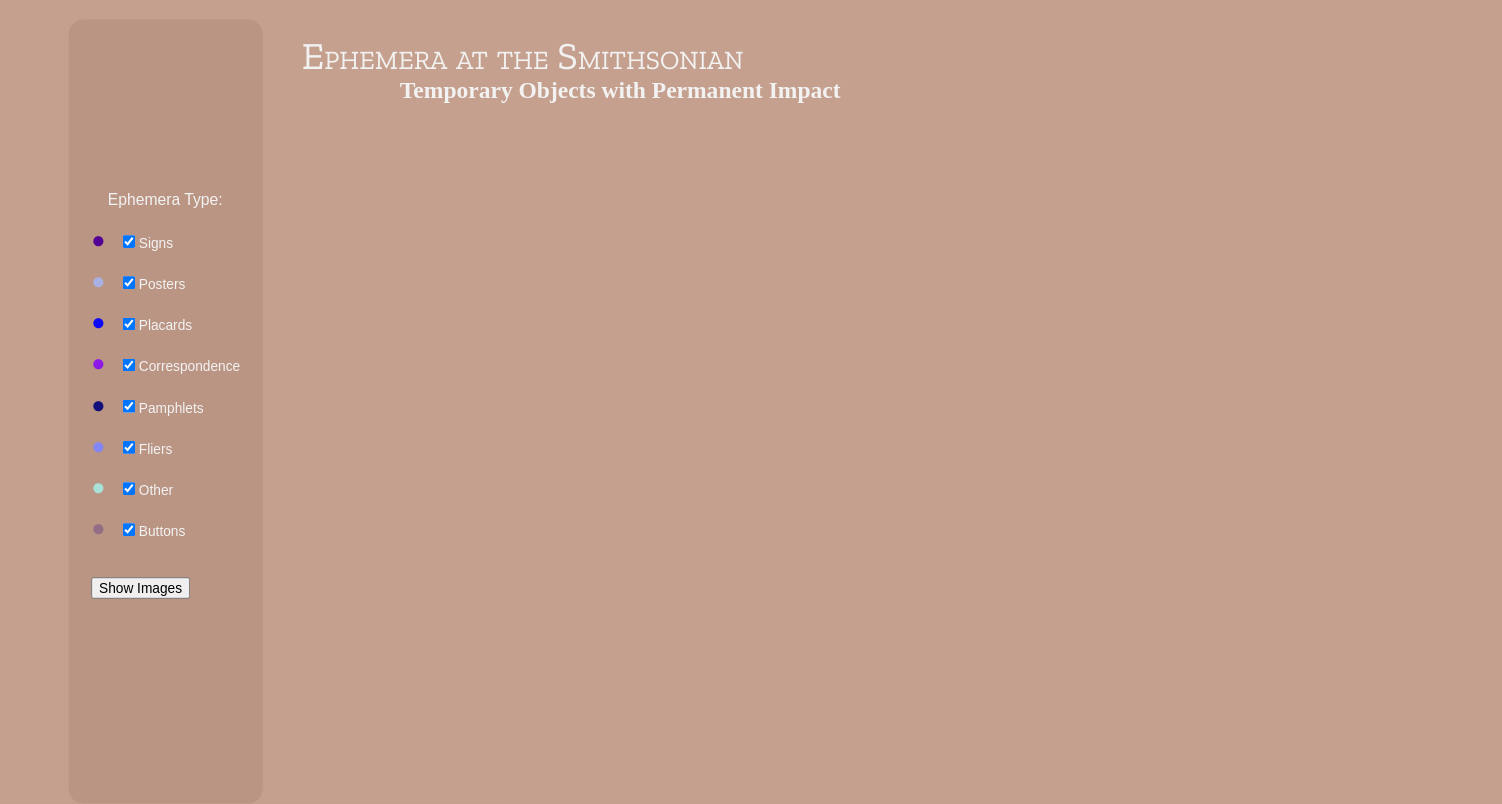
Repository: m0llyc00k/Major-studio-1
Page: Qualitative/examples-beeswarm/index-2.html
The author's editor kept a record of every edit. The page is drawn from the files as they stood at one moment, then again after the next edit.
The browser window is 1280 px wide. The page is 1533 px wide, so the pictures cover 1533 px, including what lies to the right of the window. The pictures show the whole page, at 98% of full size.
The page's requests for data from a server got no answer. Some web fonts or font styles are not loaded; a fallback is used.

Above is the page before.

After the next edit:
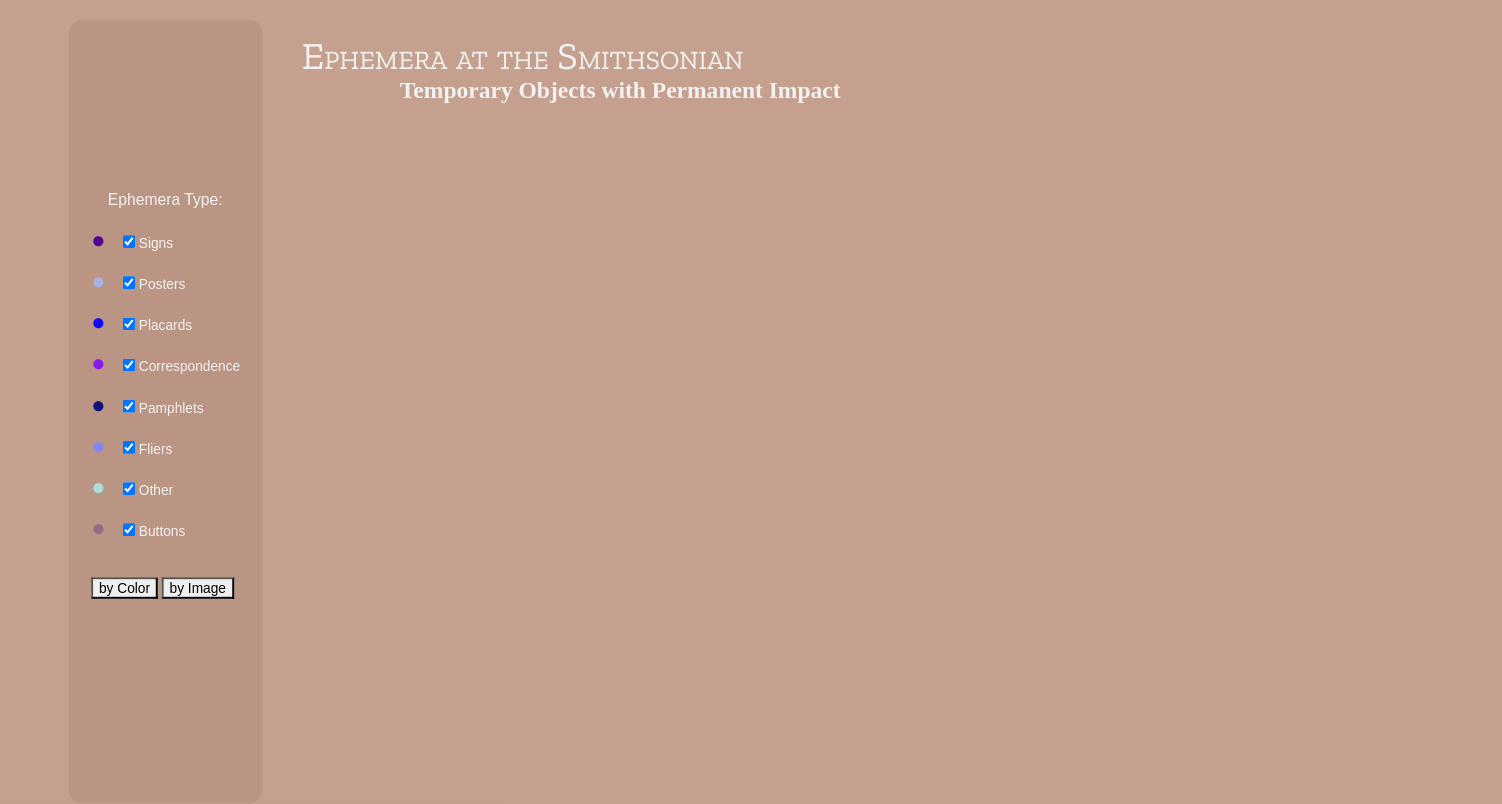
The edit:
--- a/Qualitative/examples-beeswarm/index-2.html
+++ b/Qualitative/examples-beeswarm/index-2.html
@@ -142,10 +142,8 @@
                 </label>
                 <div class="centered" style="padding-top: 25px">
     <div class="legendButtons" data-toggle="colorOrImage">
-         <input name="updateButton"
-           type="button"
-           value="Show Images"
-           onclick="changeImage()" />
+                <button onclick="changeColor(data)">by Color</button>
+                <button onclick="changeImage(data)">by Image</button>
         <!--<button type="button" onclick="changeColor()" id="color" class="measure mdl-button mdl-js-button mdl-button--raised mdl-button--colored" value="typeSort">Type by Color</button> </br>-->
         <!--<button type="button" onclick="changeImage()" id="image" class="measure mdl-button mdl-js-button mdl-button--raised mdl-button--colored" value="primaryImage">Type by Image</button>-->
     </div>
